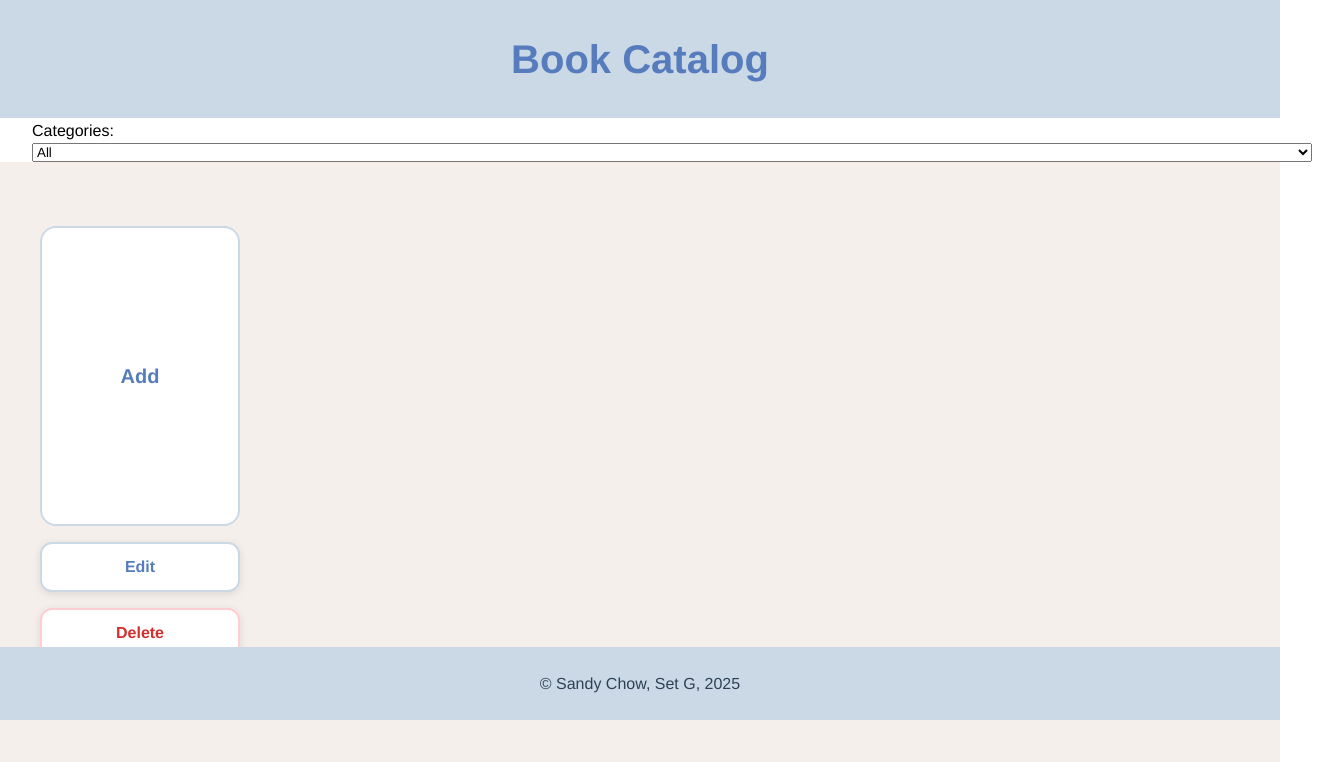
Repository: Bcit-sandy/COMP3170_Lab7
Page: /
These files come from the project's save history. The page is drawn as it stood at one moment and after the next save; the edit follows.
The browser window is 1280 px wide. The page is 1344 px wide, then 1280 px, so the pictures cover 1344 px, including what lies to the right of the window. The pictures show the whole page.
The project was rebuilt for these pictures with package versions that can differ from the ones it lists, and the page was loaded fresh each time. Also part of the build but not shown: vite.config.js, src/components/Info.jsx, src/components/Book.jsx.

Above is the page before, as saved 2025-10-25 23:42:22.

### index.html
<!doctype html>
<html lang="en">
  <head>
    <meta charset="UTF-8" />
    <link rel="icon" type="image/svg+xml" href="/vite.svg" />
    <meta name="viewport" content="width=device-width, initial-scale=1.0" />
    <title>Book Catalog App</title>
  </head>
  <body>
    <div id="root"></div>
    <script type="module" src="/src/main.jsx"></script>
  </body>
</html>

### src/main.jsx
import { StrictMode } from 'react';
import { createRoot } from 'react-dom/client';
import './index.css';
import './components/Modal/Modal.css';
import App from './App.jsx';

createRoot(document.getElementById('root')).render(
  <StrictMode>
    <App />
  </StrictMode>,
)

### src/index.css
:root {
  --light-blue-color: #CBD9E6;
  --blue-color: #567cbd;
  --beige-color: #f5efeb;
  --dark-blue-color: #2f4156;
  --white-color: #ffffff;
}

*{
  font-family: Helvetica, sans-serif
}

body {
  margin: 0;
  padding: 0;
  line-height: 1.6;
}

.app-header {
  background-color: var(--light-blue-color);
  min-height: 12vh;
  display: flex;
  flex-direction: column;
  align-items: center;
  justify-content: center;
}

.app-name {
  font-size: 2.5rem;
  color: var(--blue-color);
}

.app-main {
  background: var(--beige-color);
  width: 100%;
  min-height: 70vh;
  display: flex;
  flex-direction: column;
  align-items: center;
  justify-content: center;
  padding: 2rem 0;
  flex-wrap: wrap;
}

.app-main-content {
  background: var(--white-color);
  min-height: 10vh;
  width: 100%;
  display: flex;
  flex-direction: column;
  align-items: center;
  justify-content: center;
  padding: 2rem;
  border-radius: 12px;
  margin: 1rem;
  max-width: 1000px;
  flex-wrap: wrap;
}

.learn-more {
  color: var(--blue-color);
  text-decoration: none;
  transition: all 0.3s ease;
}

.learn-more:hover {
  color: var(--dark-blue-color);
  text-decoration: underline;
}

.app-main-content-text {
  font-size: 16px;
  color: var(--dark-blue-color);
  font-weight: 400;
  text-align: center;
  max-width: 600px;
  line-height: 1.7;
}

.add-button {
  background: var(--white-color);
  color: var(--blue-color);
  border: 2px solid var(--light-blue-color);
  border-radius: 16px;
  width: 200px;
  height: 300px;
  display: flex;
  align-items: center;
  justify-content: center;
  cursor: pointer;
  transition: all 0.3s ease;
  font-size: 1.25rem;
  font-weight: 600;
  box-shadow: 0 4px 12px var(--shadow-light);
  position: relative;
  overflow: hidden;

}

.add-button:hover {
  background-color: var(--blue-color);
  color: var(--white-color);
  box-shadow: 0 4px 15px rgba(0, 0, 0, 0.2);
  transform: translateY(-2px);
}

/* Update and Delete Button Styles */
.update-button,
.delete-button {
  background: var(--white-color);
  color: var(--blue-color);
  border: 2px solid var(--light-blue-color);
  border-radius: 12px;
  width: 200px;
  height: 50px;
  display: flex;
  align-items: center;
  justify-content: center;
  cursor: pointer;
  transition: all 0.3s ease;
  font-size: 1rem;
  font-weight: 600;
  box-shadow: 0 2px 8px rgba(0, 0, 0, 0.1);
  position: relative;
  overflow: hidden;
}

.update-button:hover {
  background-color: var(--blue-color);
  color: var(--white-color);
  border-color: var(--blue-color);
  box-shadow: 0 4px 12px rgba(86, 124, 189, 0.3);
  transform: translateY(-2px);
}

.delete-button {
  background: var(--white-color);
  color: #d32f2f;
  border: 2px solid #ffcdd2;
}

.delete-button:hover {
  background-color: #d32f2f;
  color: var(--white-color);
  border-color: #d32f2f;
  box-shadow: 0 4px 12px rgba(211, 47, 47, 0.3);
  transform: translateY(-2px);
}

.update-button:active,
.delete-button:active {
  transform: translateY(0);
  box-shadow: 0 2px 6px rgba(0, 0, 0, 0.2);
}

.app-content-container {
  display: grid;
  grid-template-columns: 200px 1fr;
  gap: 2rem;
  margin: 2rem auto;
  width: 100%;
  max-width: 1200px;
  padding: 0 1rem;
  margin-bottom: 10vh;
  align-items: start;
  justify-items: start;
  justify-content: center;
}

.add-button-column {
  grid-column: 1;
  grid-row: 1/ -1;
  display: flex;
  flex-direction: column;
  justify-content: center;
  align-items: center;
  gap: 1rem;
}

.button-group {
  display: flex;
  flex-direction: column;
  gap: 1rem;
  align-items: center;
  width: 100%;
}

.books-grid {
  grid-column: 2;
  display: grid;
  grid-template-columns: repeat(auto-fill, minmax(180px, 1fr));
  gap: 2rem;
  width: 100%;
  align-items: start;
  justify-items: start;
}

/* Responsive design --- smaller screens */
@media (max-width: 768px) {
  .app-main-content {
    width: 80%;
  }

  .app-content-container {
    grid-template-columns: auto;
    gap: 1rem;
  }

  .add-button-column {
    grid-row: 1/ -1;
    margin-bottom: 2rem;
  }

  .books-grid {
    grid-template-columns: repeat(auto-fill, minmax(180px, 1fr));
    gap: 2rem;
  }

  .add-button,
  .update-button,
  .delete-button {
    width: 150px;
    height: 45px;
    font-size: 0.9rem;
  }

  .add-button {
    height: 200px;
  }
}

.book-container {
  width: 200px;
  height: 300px;
  display: flex;
  flex-direction: column;
  align-items: center;
  border: none;
  background: var(--white-color);
  border-radius: 12px;
  transition: all 0.3s ease;
  overflow: hidden;
  justify-self: start;
  align-self: start;
}

.book-container:hover {
  transform: translateY(-4px);
  box-shadow: 0 8px 20px rgba(0, 0, 0, 0.15);
}

.book-container {
  cursor: pointer;
  position: relative;
}

.book-selected {
  border: 3px solid var(--blue-color) !important;
  background: var(--light-blue-color) !important;
  transform: translateY(-2px);
  box-shadow: 0 6px 16px var(--dark-blue-color) 50%;
}

.remove-button {
  position: absolute;
  top: 8px;
  right: 8px;
  background: var(--dark-blue-color);
  color: var(--white-color);
  border: none;
  border-radius: 50%;
  width: 25px;
  height: 25px;
  display: flex;
  align-items: center;
  justify-content: center;
  font-size: 16px;
  font-weight: bold;
  cursor: pointer;
  opacity: 0;
  transition: opacity 0.2s ease, background 0.2s ease;
  z-index: 2;
}

.book-container:hover .remove-button {
  opacity: 1;
}

.remove-button:hover {
  background: #d32f2f;
  transform: scale(1.1);
}

.book-cover {
  width: 100%;
  height: 100%;
  position: relative;
  overflow: hidden;
}

.book-cover-image {
  width: 100%;
  height: 100%;
  object-fit: cover;
  transition: transform 0.3s ease;
}

.book-container:hover .book-cover-image {
  transform: scale(1.05);
}

.book-price {
  font-size: 16px;
  background: var(--white-color);
  color: var(--dark-blue-color);
  margin: 0;
  width: 100%;
  height: 10px;
  font-weight: bold;
  text-align: center;
  padding: 0.75rem 0.5rem;
  display: flex;
  align-items: center;
  justify-content: center;
  border-top: 1px solid var(--light-blue-color);
}


.info-container {
  width: 100%;
  height: 50px;
  display: flex;
  align-items: center;
  justify-content: center;
  background: var(--light-blue-color);
  border-top: 1px solid var(--light-blue-color);
}

.info-link {
  font-size: 14px;
  color: var(--blue-color);
  background-color: var(--light-blue-color);
  width: 100%;
  height: 100%;
  font-weight: bold;
  text-decoration: none;
  cursor: pointer;
  transition: all 0.3s ease;
  display: flex;
  align-items: center;
  justify-content: center;
  border-radius: 0 0 12px 12px;
}

.info-link:hover {
  color: var(--dark-blue-color);
  text-decoration: underline;
  font-size: 16px;
}

.app-footer {
  background-color: var(--light-blue-color);
  color: var(--dark-blue-color);
  width: 100%;
  height: 10vh;
  display: flex;
  align-items: center;
  justify-content: center;
  position: fixed;
  bottom: 0;
  left: 0;
  border-top: 1px solid var(--light-blue-color);
  font-weight: 500;
  font-size: 16px;
}

### src/components/Modal/Modal.css
/* Modal dialog base */
dialog {
  border: none;
  border-radius: 16px;
  padding: 3rem;
  width: 100vw;
  max-width:400px;
  background: var(--white-color);
  box-shadow: 0 12px 40px rgba(0, 0, 0, 0.25);
}

/* Backdrop */
dialog::backdrop {
  background: rgba(47, 65, 86, 0.15);
  backdrop-filter: blur(2px);
}

/* Heading */
.new-book-form h2,
.form-container h2 {
  margin: 0 0 1rem 0;
  color: var(--blue-color);
  font-size: 1.5rem;
}

/* Form layout */
.new-book-form,
.form-container form {
  display: flex;
  flex-direction: column;
  gap: 1rem;
}

.new-book-form label,
.form-container .form-control label {
  color: var(--dark-blue-color);
  font-weight: bold;
  margin-bottom: 0.5rem;
}

.new-book-form input,
.form-container .form-control input {
    align-items: center;
    height: 1rem;
    font-size: 1rem;
    width: 100%;
    padding: 0.5rem;
    border: 2px solid var(--light-blue-color);
    border-radius: 10px;
}


/* Button style */
.button-primary,
.btn.primary {
  background: var(--blue-color);
  color: var(--white-color);
  border: 1px solid var(--blue-color);
  border-radius: 10px;
  padding: 0.5rem;
  width:50%;
  font-weight: bold;
  cursor: pointer;
}

.button-primary:hover,
.btn.primary:hover {
  background: var(--dark-blue-color);
}

.button-secondary {
  background: var(--white-color);
  color: var(--blue-color);
  border: 2px solid var(--light-blue-color);
  border-radius: 10px;
  padding: 0.5rem 0.9rem;
  font-weight: bold;
  cursor: pointer;
}

.button-secondary:hover {
  background: var(--blue-color);
  color: var(--white-color);
}

.form-container .form-control {
  display: flex;
  flex-direction: column;
}

/* Small screens */
@media (max-width: 480px) {
  dialog {
    width: 95vw;
    padding: 1.25rem;
  }
}

### src/App.jsx
import { useState } from "react";
import Book from "./components/Book";
import Add from "./components/New";
import Main from "./components/Main";
import data from "../data/books.json";
import Filter from "./components/Filter/Filter";

function App() {
  const [books, setBooks] = useState(data);
  const [selectedBook, setSelectedBook] = useState(null);

  function getBooks(bookData) {
    const isSelected = selectedBook && (selectedBook.isbn13 || selectedBook.title) === (bookData.isbn13 || bookData.title);
    return (
      <Book
        key={bookData.isbn13 || bookData.title}
        data={bookData}
        onSelect={handleBookSelection}
        isSelected={isSelected}
      />
    );
  }

  function handleBookSelection(book) {
    // If clicking the same book that's already selected, unselect it
    if (selectedBook && (selectedBook.isbn13 || selectedBook.title) === (book.isbn13 || book.title)) {
      setSelectedBook(null);
    } else {
      // Otherwise, select the clicked book
      setSelectedBook(book);
    }
  }

  function handleUpdateBook(updatedBook) {
    setBooks(prevBooks =>
      prevBooks.map(book =>
        (book.isbn13 || book.title) === (updatedBook.isbn13 || updatedBook.title)
          ? updatedBook
          : book
      )
    );
    setSelectedBook(updatedBook);
  }

  function handleDeleteBook() {
    if (selectedBook) {
      setBooks(prevBooks => prevBooks.filter(book =>
          (book.isbn13 || book.title) !== (selectedBook.isbn13 || selectedBook.title)
        ));
        setSelectedBook(null);
    } else {
      alert("Please select a book to delete");
    }
  }

  function handleAddBook(newBook) {
    setBooks(prevBooks => [...prevBooks, newBook]);
  }

  const categories = [...new Set(books.map(book => book.category))];

  return (
    <div>
      <header className="app-header">
       <h1 className="app-name">Book Catalog</h1>
      </header>

      <Filter/>
      <main className="app-main">

        <div className="app-content-container">
          <div className="add-button-column">
            <Add
              onDelete={handleDeleteBook}
              onAddBook={handleAddBook}
              book={selectedBook}
              update={handleUpdateBook}
            />
          </div>
          <Main>
            {books.map(getBooks)}
          </Main>
        </div>
      </main>

      <footer className="app-footer">
        <p>&copy; Sandy Chow, Set G, 2025</p>
      </footer>
    </div>

  )
}

export default App;

### src/components/New.jsx
import Modal from "./Modal/Modal";
import BookForm from "./Bookform";

function Add ({ onDelete, onAddBook, book, update }) {
  return (
    <div className="button-group">
      <Modal btnLabel="Add" btnClassName="add-button">
        <BookForm onAddBook={onAddBook} />
      </Modal>

      <Modal btnLabel="Edit" btnClassName="update-button">
        <BookForm book={book} add={update} onAddBook={onAddBook}/>
      </Modal>

      <button
        className="delete-button"
        onClick={onDelete}
        title="Delete selected book"
      >
        Delete
      </button>
    </div>
  )
}

export default Add

### src/components/Main.jsx
export default function Main({children}) {
    return (
        <main className="books-grid">
            {children}
        </main>
    );
}

### data/books.json
    [
]

### src/components/Filter/Filter.jsx
import "./Filter.css";
import { useState } from "react";
function Filter({ categories = [] }) {
    const [filter, setFilter] = useState('');
    return (
        <div className="filter-container">
            Categories:
            <select
                value={filter}
                onChange={(e) => setFilter(e.target.value)}>
                <option value=''>All</option>
                {[...categories].map((category) => (
                    <option value={category}>{category}</option>
                ))}
            </select>
        </div>
    );
}

export default Filter;

### src/components/Modal/Modal.jsx
import { useRef } from 'react';

function Modal({ btnLabel, btnClassName, children }) {

    const modalRef = useRef();

    function openModal() {
        modalRef.current.showModal();
    }

    function closeModal() {
        modalRef.current.close();
    }

    return (
        <>
            <button onClick={openModal} className={btnClassName}>{btnLabel}</button>
            <dialog ref={modalRef}>
                {children}
            </dialog>
        </>
    );

}

export default Modal;

### src/components/Bookform.jsx
import { useState } from "react";
import { nanoid } from "nanoid";

function BookForm({book, add, onAddBook}) {
    const [formData, setFormData] = useState({
        title: book?.title || '',
        author: book?.author || '',
        publisher: book?.publisher || '',
        year: book?.year || '',
        language: book?.language || '',
        pages: book?.pages || '',
        image: book?.image || ''
    });

    function handleChange(e) {
        const { name, value } = e.target;
        setFormData(prev => ({
            ...prev,
            [name]: value
        }));
    }

    function handleSubmit(e) {
        e.preventDefault();

        if (book) {
            // Edit mode - update existing book
            const updatedBook = {
                ...book,
                title: formData.title,
                author: formData.author,
                publisher: formData.publisher,
                year: formData.year,
                language: formData.language,
                pages: formData.pages,
                image: formData.image
            };
            add(updatedBook);
        } else {
            // Add mode - create new book
            const newBook = {
                title: formData.title,
                author: formData.author,
                publisher: formData.publisher,
                year: formData.year,
                language: formData.language,
                pages: formData.pages,
                image: formData.image,
                url: '#',
                isbn13: nanoid(),
                selected: false
            };
            if (onAddBook) {
                onAddBook(newBook);
            }
        }

        // Close modal
        const modal = document.querySelector('dialog[open]');
        if (modal) {
            modal.close();
        }

        // Reset form
        setFormData({
            title: '',
            author: '',
            publisher: '',
            year: '',
            language: '',
            pages: '',
            image: ''
        });
    }

    return (
        <div className="form-container">
            <h2> {book ? 'Edit book' : 'Add a new book'} </h2>
            <form onSubmit={handleSubmit}>
                <div className="form-control">
                    <label htmlFor="title"> Title </label>
                    <input
                        type="text"
                        name="title"
                        placeholder="Title..."
                        value={formData.title}
                        onChange={handleChange}
                    />
                </div>

                <div className="form-control">
                    <label htmlFor="author"> Author </label>
                    <input
                        type="text"
                        name="author"
                        placeholder="Author..."
                        value={formData.author}
                        onChange={handleChange}
                    />
                </div>

                <div className="form-control">
                     <label htmlFor="publisher"> Publisher </label>
                    <input
                        type="text"
                        name="publisher"
                        placeholder="Publisher..."
                        value={formData.publisher}
                        onChange={handleChange}
                    />
                </div>

                <div className="form-control">
                     <label htmlFor="year"> Publication Year </label>
                    <input
                        type="number"
                        name="year"
                        placeholder="Publication Year..."
                        value={formData.year}
                        onChange={handleChange}
                        min="1000"
                        max="2025"
                    />
                </div>

                <div className="form-control">
                     <label htmlFor="language"> Language </label>
                    <input
                        type="text"
                        name="language"
                        placeholder="Language..."
                        value={formData.language}
                        onChange={handleChange}
                    />
                </div>

                <div className="form-control">
                     <label htmlFor="pages"> Pages </label>
                    <input
                        type="number"
                        name="pages"
                        placeholder="Pages..."
                        value={formData.pages}
                        onChange={handleChange}
                        min="1"
                    />
                </div>

                <div className="form-control">
                     <label htmlFor="image"> Image URL </label>
                    <input
                        type="url"
                        name="image"
                        placeholder="https://..."
                        value={formData.image}
                        onChange={handleChange}
                    />
                </div>

                <button className="btn primary" type="submit">
                    {book ? 'Update' : 'Submit'}
                </button>
            </form>
        </div>
    );
}

export default BookForm;

### src/components/Filter/Filter.css
.filter-container {
    display: flex;
    flex-direction: column;
    align-items: left;
    justify-content: left;
    padding: 0 2rem;
    background-color: white;
    border-radius: 12px;
    width: 100%;
}

After the next save:
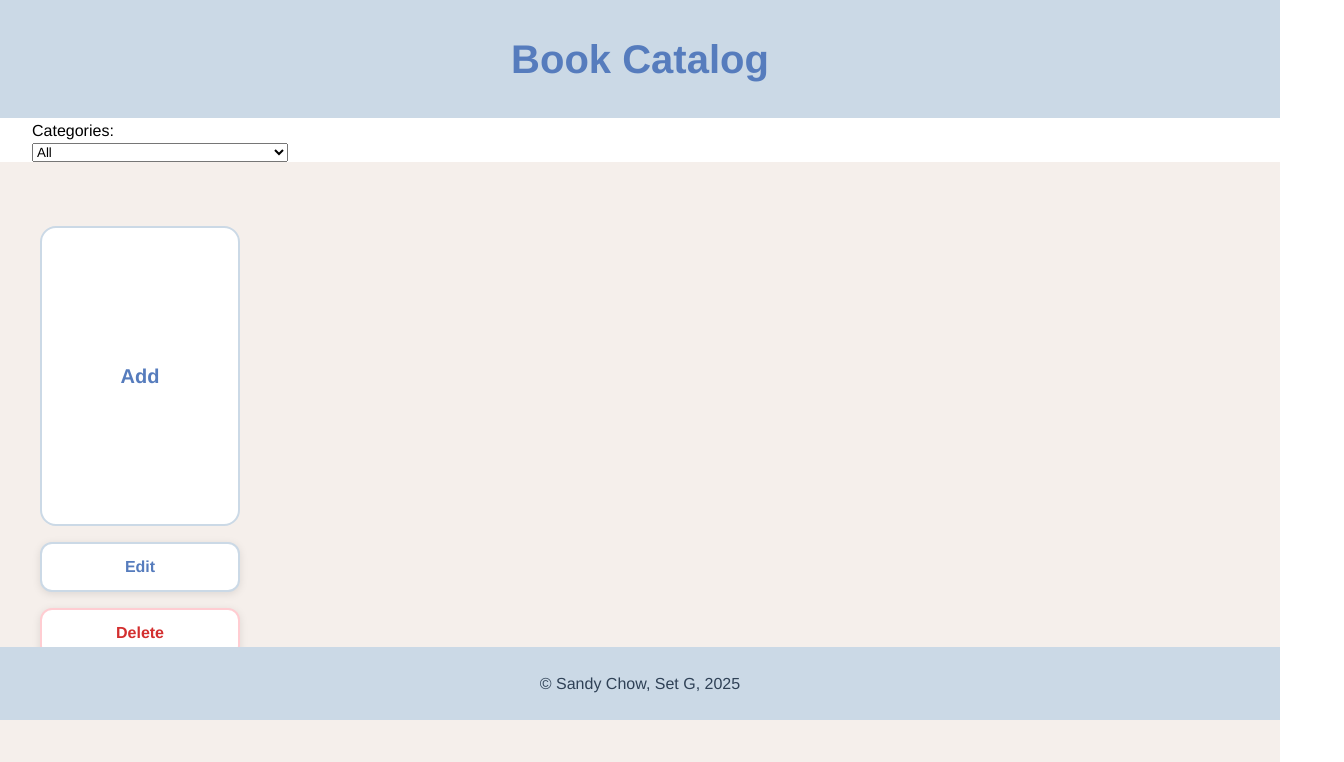
Saved 6 s later.
--- a/src/components/Filter/Filter.css
+++ b/src/components/Filter/Filter.css
@@ -6,5 +6,5 @@
     padding: 0 2rem;
     background-color: white;
     border-radius: 12px;
-    width: 100%;
+    width: 20%;
 }
